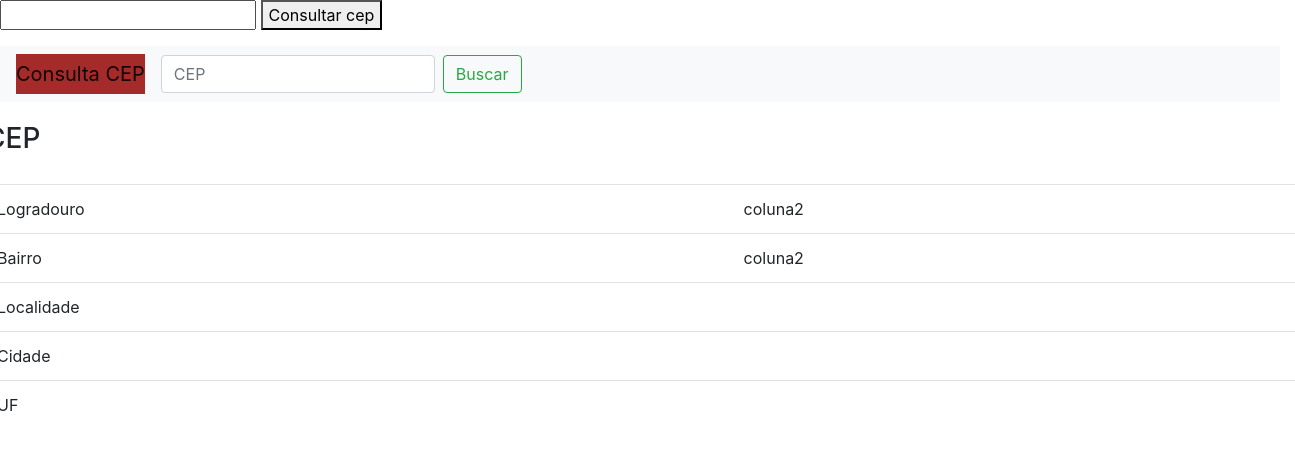
Repository: DaniloBaracho/jquery
Page: index.html
An editor plug-in stored every save of this project. The page is shown before and after the next save, followed by the edit.
The browser window is 1280 px wide. The page is 1295 px wide, so the pictures cover 1295 px, including what lies to the right of the window. The pictures show the whole page.

Above is the page before, as saved 2020-06-19 18:36:12.

After the next save:
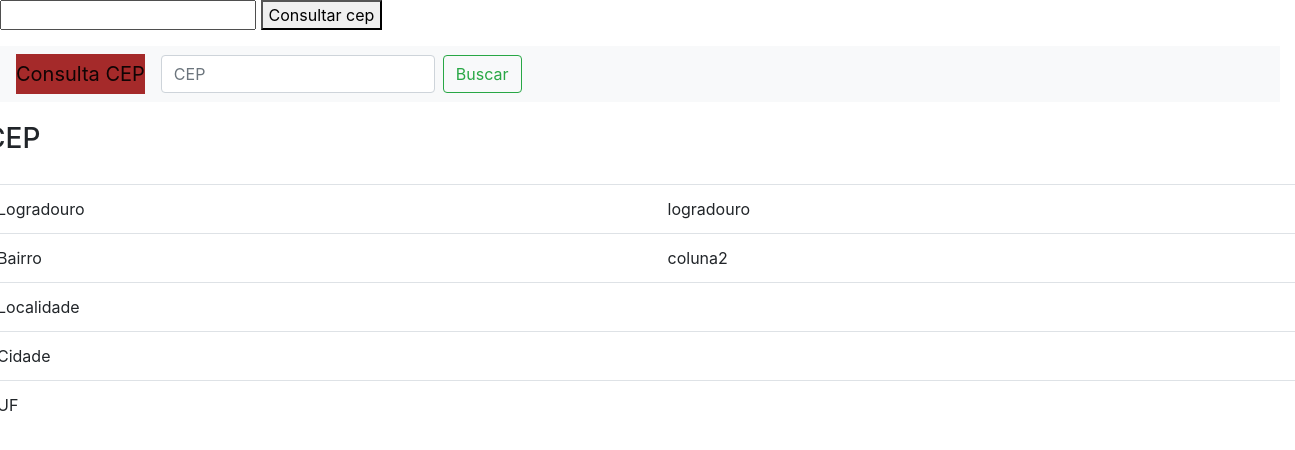
Saved 2 min 39 s later.
--- a/index.html
+++ b/index.html
@@ -37,7 +37,7 @@
                                Logradouro
                             </td>
                             <td>
-                                coluna2
+                                logradouro
                             </td>
                         </tr>
                         <tr>
--- a/js/main.js
+++ b/js/main.js
@@ -23,7 +23,9 @@ function ConsultaCep2(){
         success: function(response){
             console.log(response);
             $("#logradouro").html(response.logradouro);
-
+            $("#cidade").html(response.cidade);
+            $("#uf").html(response.uf);
+            $("#logradouro").html(response.logradouro);
             //alert(response.logradouro);
 
             //document.getElementById("logradouro").innerHTML = response.logradouro;
